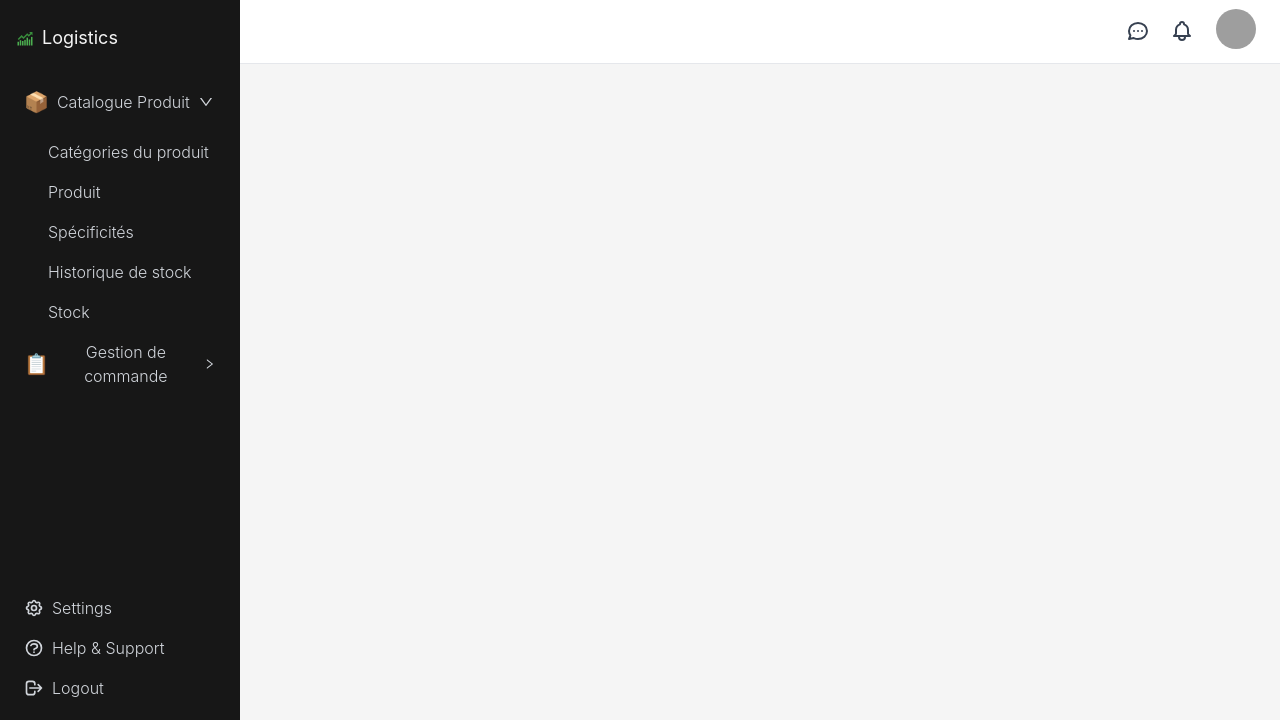
Repository: Mayar2222/Dashboard
Page: /, after clicking the first element matching `button.flex`
An editor plug-in stored every save of this project. The page is shown before and after the next save, followed by the edit.
The browser window is 1280 px wide. The pictures show the whole page.
Pictures or frames that could not be fetched are drawn as grey boxes. The project was rebuilt for these pictures with package versions that can differ from the ones it lists, and the page was loaded fresh each time. Also part of the build but not shown: src/components/CatalogueProduits.jsx, src/components/Categories.jsx.

Above is the page before, as saved 2024-07-28 17:44:37.

After the next save:
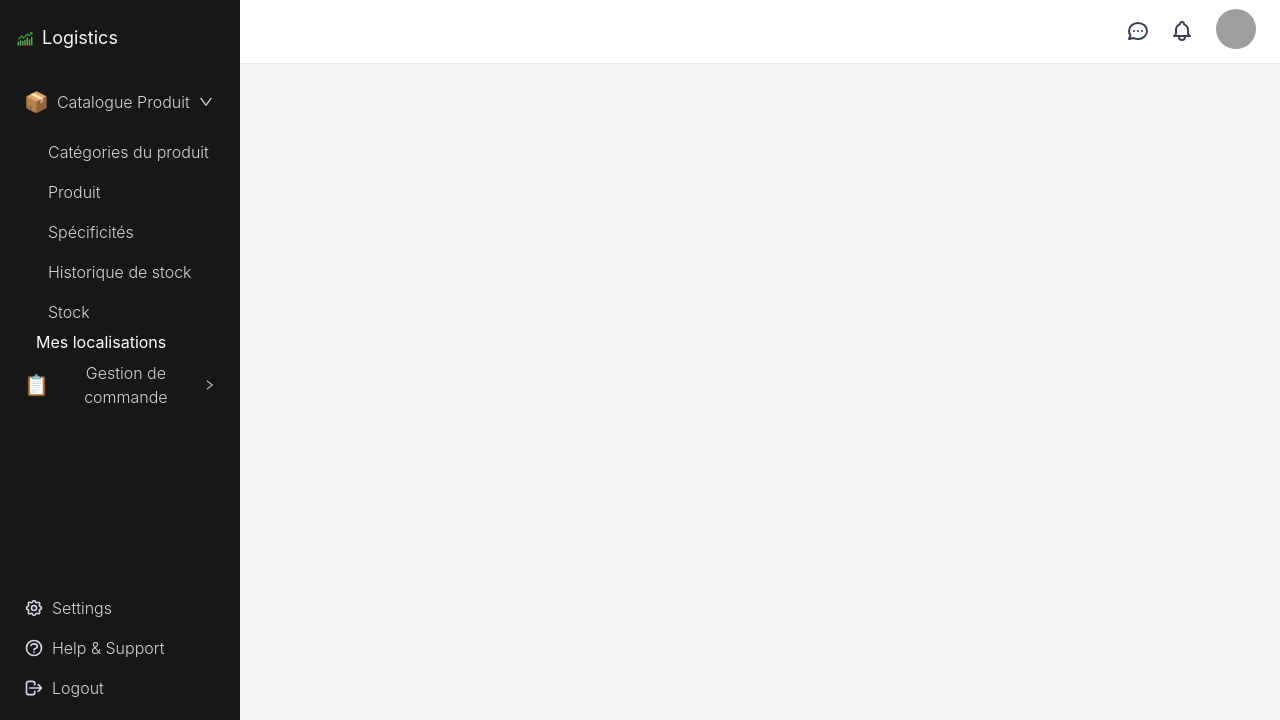
Saved 4 min 27 s later.
--- a/src/components/shared/Sidebar.jsx
+++ b/src/components/shared/Sidebar.jsx
@@ -53,6 +53,7 @@ export default function Sidebar() {
               <Link to="/stock" className={linkClasses}>
                 Stock
               </Link>
+              Mes localisations
             </div>
           )}
         </div>
